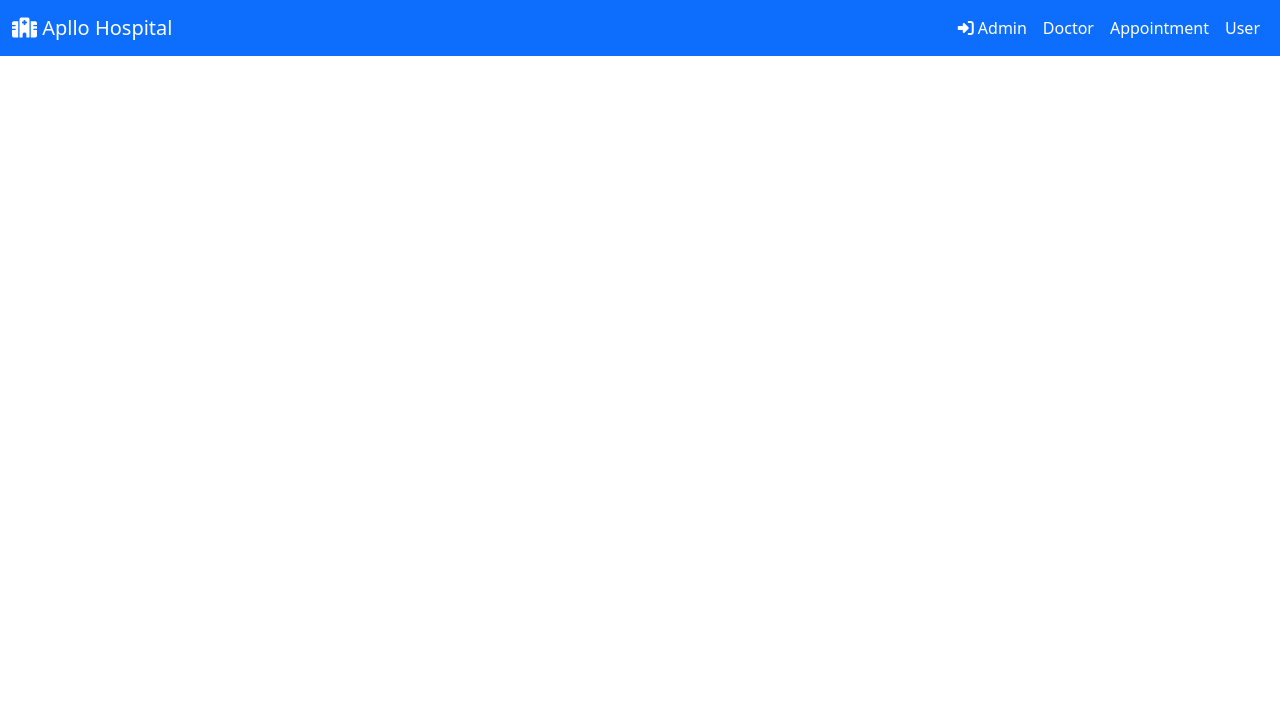
Repository: Subhadip09/Hospital-Management-System
Page: http://localhost/Hospital-Management-System/
The author's editor kept a copy of each file at every save. The page is drawn from the files as they stood at one save, then again after the next save.
The browser window is 1280 px wide. The pictures show the whole page.
The page is served by Tomcat 9.

Above is the page before, as saved 2024-04-05 16:58:54.

After the next save:
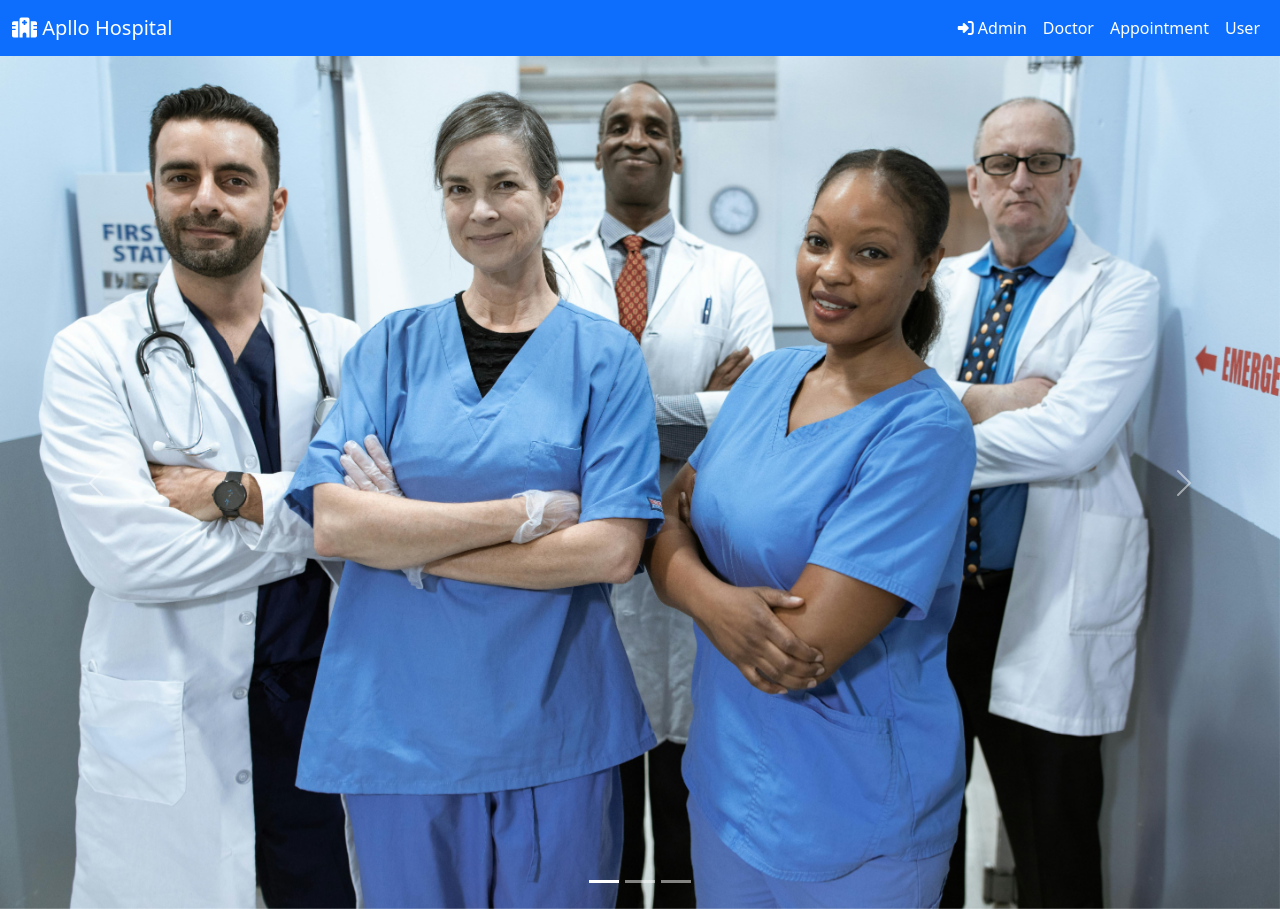
Saved 5 min 13 s later.
--- a/Hospital-Management-System/src/main/webapp/index.jsp
+++ b/Hospital-Management-System/src/main/webapp/index.jsp
@@ -5,11 +5,42 @@
 <head>
 <meta charset="UTF-8">
 <title>Index Page</title>
-<%@include file="component/allcss.jsp" %>
+<%@include file="component/allcss.jsp"%>
 </head>
 <body>
-<%@include file="component/navbar.jsp" %>
-
+	<%@include file="component/navbar.jsp"%>
+	<div id="carouselExampleIndicators" class="carousel slide">
+		<div class="carousel-indicators">
+			<button type="button" data-bs-target="#carouselExampleIndicators"
+				data-bs-slide-to="0" class="active" aria-current="true"
+				aria-label="Slide 1"></button>
+			<button type="button" data-bs-target="#carouselExampleIndicators"
+				data-bs-slide-to="1" aria-label="Slide 2"></button>
+			<button type="button" data-bs-target="#carouselExampleIndicators"
+				data-bs-slide-to="2" aria-label="Slide 3"></button>
+		</div>
+		<div class="carousel-inner">
+			<div class="carousel-item active">
+				<img src="img/hos1.jpg" class="d-block w-100" alt="...">
+			</div>
+			<div class="carousel-item">
+				<img src="img/hos2.jpg" class="d-block w-100" alt="...">
+			</div>
+			<div class="carousel-item">
+				<img src="img/hos3.jpg" class="d-block w-100" alt="...">
+			</div>
+		</div>
+		<button class="carousel-control-prev" type="button"
+			data-bs-target="#carouselExampleIndicators" data-bs-slide="prev">
+			<span class="carousel-control-prev-icon" aria-hidden="true"></span> <span
+				class="visually-hidden">Previous</span>
+		</button>
+		<button class="carousel-control-next" type="button"
+			data-bs-target="#carouselExampleIndicators" data-bs-slide="next">
+			<span class="carousel-control-next-icon" aria-hidden="true"></span> <span
+				class="visually-hidden">Next</span>
+		</button>
+	</div>
 
 </body>
 </html>
